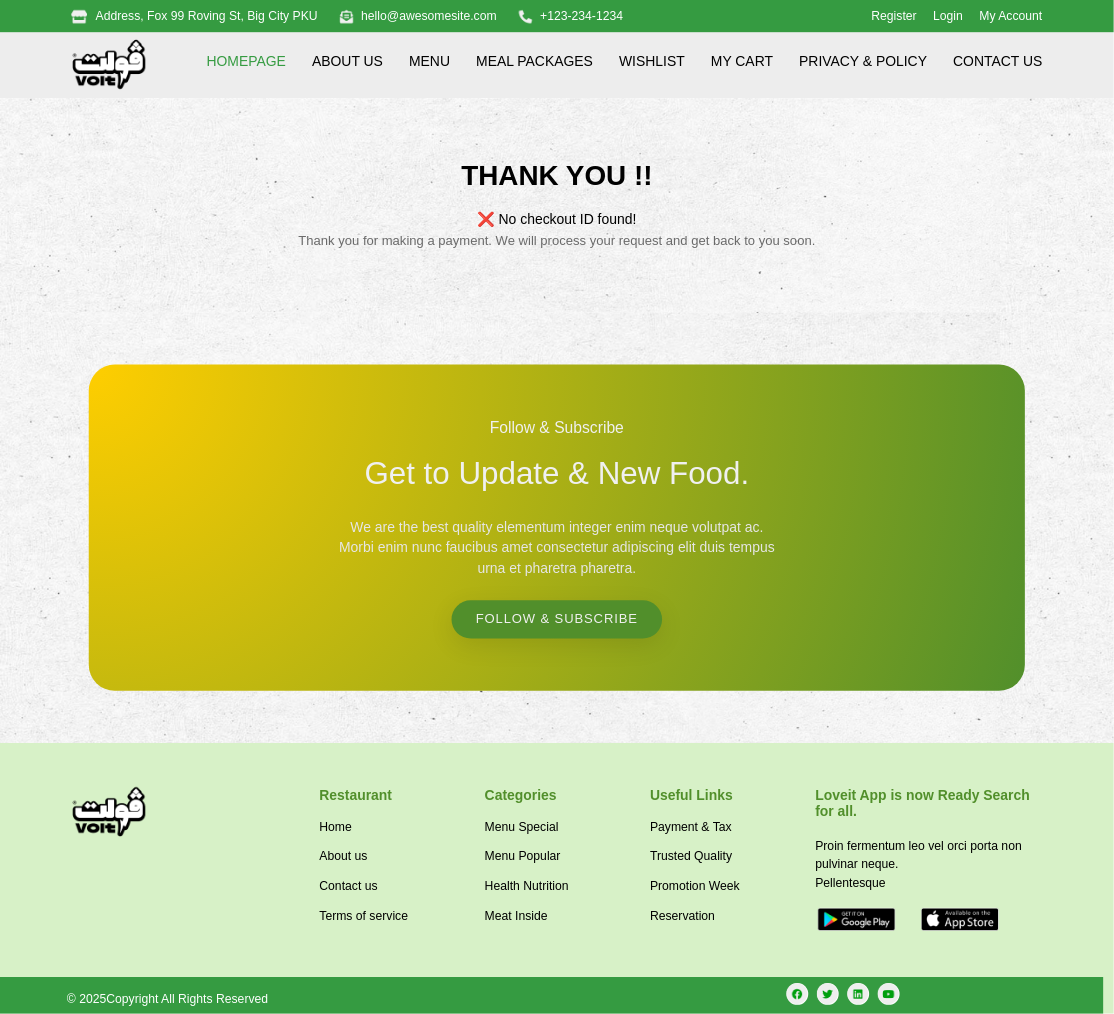
Repository: junivig/volt-new-project
Page: payment-success.html
These files come from the project's save history. The page is drawn as it stood at one moment and after the next save; the edit follows.
The browser window is 1280 px wide. The pictures show the whole page, at 87% of full size.

Above is the page before, as saved 2025-02-27 12:53:12.

### payment-success.html
<!DOCTYPE html>
<html lang="en">

<head>
  <meta charset="utf-8">
  <meta content="width=device-width, initial-scale=1.0" name="viewport">
  <title>Payment - Voltfood</title>
  <meta name="description" content="">
  <meta name="keywords" content="">

  <!-- Favicons -->
  <link href="assets/img/favicon.png" rel="icon">
  <link href="assets/img/apple-touch-icon.png" rel="apple-touch-icon">

  <!-- Fonts -->
  <link href="https://fonts.googleapis.com" rel="preconnect">
  <link href="https://fonts.gstatic.com" rel="preconnect" crossorigin>
  <link href="https://fonts.googleapis.com/css2?family=Roboto:ital,wght@0,100;0,300;0,400;0,500;0,700;0,900;1,100;1,300;1,400;1,500;1,700;1,900&family=Raleway:ital,wght@0,100;0,200;0,300;0,400;0,500;0,600;0,700;0,800;0,900;1,100;1,200;1,300;1,400;1,500;1,600;1,700;1,800;1,900&family=Ubuntu:ital,wght@0,300;0,400;0,500;0,700;1,300;1,400;1,500;1,700&display=swap" rel="stylesheet">

  <!-- Vendor CSS Files -->
  <link href="assets/vendor/bootstrap/css/bootstrap.min.css" rel="stylesheet">
  <link href="assets/vendor/bootstrap-icons/bootstrap-icons.css" rel="stylesheet">
  <link href="assets/vendor/aos/aos.css" rel="stylesheet">
  <link href="assets/vendor/glightbox/css/glightbox.min.css" rel="stylesheet">
  <link href="assets/vendor/swiper/swiper-bundle.min.css" rel="stylesheet">

  <!-- Main CSS File -->
  <link href="assets/css/main.css" rel="stylesheet">
  <script src="assets/js/constant.js"></script>
  <!-- Add Axios CDN -->
  <script src="https://cdn.jsdelivr.net/npm/axios/dist/axios.min.js"></script>

  <!-- =======================================================
  * Template Name: eNno
  * Template URL: https://bootstrapmade.com/enno-free-simple-bootstrap-template/
  * Updated: Aug 07 2024 with Bootstrap v5.3.3
  * Author: BootstrapMade.com
  * License: https://bootstrapmade.com/license/
  ======================================================== -->
</head>

<body class="about-page">

  <header id="header" class="header ">
    <div class="container-fluid  top-header">
      <div class="container-xl">
          <div class="row align-items-center">
              <div class="col-md-8 d-flex align-items-center">
                <nav id="navmenu" class="navmenu">
                  <ul>
                <li class="">
                  <img src="assets/img/location-icon.png" alt="Location Icon" class="icon-right">
                  <span class="top-header-text">Address, Fox 99 Roving St, Big City PKU</span>
              </li>
                <li class="">
                  <img src="assets/img/email-icon.png" alt="Email Icon" class="icon-right">
                  <span class="top-header-text">hello@awesomesite.com</span>
              </li>
              <li class="">
                <img src="assets/img/phone-icon.png" alt="Phone Icon" class="icon-right">
                <span class="top-header-text">+123-234-1234</span>
            </li>
                  </ul>
                </nav>
              </div>
              <div class="col-md-4 text-end">
                  <a href="auth.html" >Register</a>
                  <a href="auth.html">Login</a>
                  <a href="my-account.html">My Account</a>
              </div>
          </div>
        </div>
  </div>
    <div class="container-fluid container-xl position-relative d-flex align-items-center">

      <a href="index.html" class="logo d-flex align-items-center me-auto">

        <img src="assets/img/logo.png" alt="Logo Image">
      </a>

      <nav id="navmenu" class="navmenu">
        <ul>
          <li><a href="index.html" class="active">HOMEPAGE</a></li>
          <li><a href="about.html">ABOUT US</a></li>
          <li><a href="menu.html">MENU</a></li>
          <li><a href="meal-packages.html">MEAL PACKAGES</a></li>
          <li><a href="wishlist.html">WISHLIST</a></li>
          <li><a href="cart.html">MY CART</a></li>
          <li><a href="privacy-and-policy.html">PRIVACY & POLICY</a></li>
          <li><a href="contact.html">CONTACT US</a></li>
          <!-- <li class="dropdown"><a href="#"><span>Dropdown</span> <i class="bi bi-chevron-down toggle-dropdown"></i></a>
            <ul>
              <li><a href="#">Dropdown 1</a></li>
              <li class="dropdown"><a href="#"><span>Deep Dropdown</span> <i class="bi bi-chevron-down toggle-dropdown"></i></a>
                <ul>
                  <li><a href="#">Deep Dropdown 1</a></li>
                  <li><a href="#">Deep Dropdown 2</a></li>
                  <li><a href="#">Deep Dropdown 3</a></li>
                  <li><a href="#">Deep Dropdown 4</a></li>
                  <li><a href="#">Deep Dropdown 5</a></li>
                </ul>
              </li>
              <li><a href="#">Dropdown 2</a></li>
              <li><a href="#">Dropdown 3</a></li>
              <li><a href="#">Dropdown 4</a></li>
            </ul>
          </li> -->
        </ul>
        <i class="mobile-nav-toggle d-xl-none bi bi-list"></i>
      </nav>

      <!-- <a class="btn-getstarted" href="index.html#about">Get Started</a> -->

    </div>
  </header>

  <main class="main">


        <!-- About Section -->
        <section id="services" class="services section light-background bg-image">

          <!-- Section Title -->
          <div class="container section-title" data-aos="fade-up">
            <h2>Thank You !! </h2>
            <p id="payment-status">Checking your payment status...</p>
            <span class="chef-inner-text">Thank you for making a payment. We will process your request and get back to you soon.</span>

          </div><!-- End Section Title -->

        </section><!-- /Services Section -->


  </main>

  <script>
    document.addEventListener("DOMContentLoaded", async () => {
        const apiBaseUrl = "https://api.voltfood.co"; // Your API base URL
        const urlParams = new URLSearchParams(window.location.search);
        const token = localStorage.getItem("accessToken");
        const checkoutId = urlParams.get("id"); // Get checkout ID from URL

        async function getPaymentStatus() {
            if (!checkoutId) {
                console.error("❌ No checkout ID found in URL parameters.");
                document.getElementById("payment-status").innerText = "❌ No checkout ID found!";
                return;
            }

            const resourcePath = `/v1/checkouts/${checkoutId}/payment`;
            const apiUrl = `${apiBaseUrl}/api/get-payment-status?resourcePath=${encodeURIComponent(resourcePath)}`;

            try {
                console.log(`📡 Fetching payment status from: ${apiUrl}`);

                const response = await fetch(apiUrl, {
                method: "GET",
                headers: {
                    "Authorization": `Bearer ${token}`,
                    "Content-Type": "application/json"
                }
            });
                const data = await response.json();

                // 📢 Log the full API response
                console.log("📢 Full API Response:", data);

                // 🔹 Log key response details
                console.log("🔹 Status Code:", data.status);
                console.log("🔹 Message:", data.message);
                console.log("🔹 Result Code:", data.data?.result?.code);
                console.log("🔹 Description:", data.data?.result?.description);
                console.log("🔹 Timestamp:", data.data?.timestamp);
                console.log("🔹 NDC:", data.data?.ndc);

                // ✅ Handle payment status display
                const paymentStatusElement = document.getElementById("payment-status");

                if (data.data?.result?.code === "000.100.110" || data.data?.result?.code === "000.200.000") {
                    paymentStatusElement.innerText = `✅ Payment Successful: ${data.data?.result?.description}`;
                } else {
                    paymentStatusElement.innerText = `⚠ Payment Failed: ${data.data?.result?.description}`;
                }
            } catch (error) {
                console.error("🔥 Error fetching payment status:", error);
                document.getElementById("payment-status").innerText = "❌ An error occurred while fetching payment status.";
            }
        }

        // 🔹 Call the function immediately when the page loads
        await getPaymentStatus();
    });
</script>



 <!-- /Subscribe Footer Section -->
  <!-- Footer will be loaded here -->
  <div id="footer-placeholder"></div>

  <script>
    // Load footer.html into the placeholder div
    fetch("footer.html")
        .then(response => response.text())
        .then(data => {
            document.getElementById("footer-placeholder").innerHTML = data;
        })
        .catch(error => console.error("Error loading footer:", error));
</script>

  <!-- Scroll Top -->
  <a href="#" id="scroll-top" class="scroll-top d-flex align-items-center justify-content-center"><i class="bi bi-arrow-up-short"></i></a>

  <!-- Preloader -->
  <div id="preloader"></div>

  <!-- Vendor JS Files -->
  <script src="assets/vendor/bootstrap/js/bootstrap.bundle.min.js"></script>
  <script src="assets/vendor/php-email-form/validate.js"></script>
  <script src="assets/vendor/aos/aos.js"></script>
  <script src="assets/vendor/glightbox/js/glightbox.min.js"></script>
  <script src="assets/vendor/purecounter/purecounter_vanilla.js"></script>
  <script src="assets/vendor/imagesloaded/imagesloaded.pkgd.min.js"></script>
  <script src="assets/vendor/isotope-layout/isotope.pkgd.min.js"></script>
  <script src="assets/vendor/swiper/swiper-bundle.min.js"></script>
  <script>
    fetch("footer.html")
      .then(response => response.text())
      .then(data => document.getElementById("footer-placeholder").innerHTML = data)
      .catch(error => console.error("Error loading the footer:", error));
  </script>

  <!-- Main JS File -->
  <script src="assets/js/main.js"></script>

</body>

</html>

### footer.html

<!-- Subscribe Footer Section -->
<section class="bg-image">
    <div class="footer-newsletter">
      <div class="container">
        <div class="row justify-content-center text-center">
          <div class="col-lg-6">
            <p class="footer-newsletter-sub-heading">Follow & Subscribe</p>
            <h4 class="footer-newsletter-heading">Get to Update & New Food.</h4>
            <p class="footer-newsletter-text">We are the best quality elementum integer enim neque volutpat ac. Morbi enim nunc
              faucibus amet consectetur adipiscing elit duis tempus urna et pharetra pharetra.</p>
            <div class="mt-4">
              <a href="#about" class="subscribe-button">FOLLOW & SUBSCRIBE</a>
            </div>
          </div>
        </div>
      </div>
    </div>
  </section>


  <footer id="footer" class="footer">
    <div class="container footer-top">
      <div class="row gy-4">
        <div class="col-lg-3 col-md-6 footer-about">
          <a href="index.html" class="logo d-flex align-items-center me-auto">
            <img src="assets/img/logo.png" alt="Logo Image">
          </a>

        </div>

        <div class="col-lg-2 col-md-3 footer-links">
          <h4 class="footer-pages-heading">Restaurant</h4>
          <ul>
            <li> <a href="#">Home</a></li>
            <li> <a href="about.html">About us</a></li>
            <li> <a href="contact.html">Contact us</a></li>
            <li> <a href="privacy-and-policy.html">Terms of service</a></li>
          </ul>
        </div>

        <div class="col-lg-2 col-md-3 footer-links">
          <h4 class="footer-pages-heading">Categories</h4>
          <ul>
            <li> <a href="#">Menu Special</a></li>
            <li> <a href="#">Menu Popular</a></li>
            <li> <a href="#">Health Nutrition</a></li>
            <li> <a href="#">Meat Inside</a></li>
          </ul>
        </div>
        <div class="col-lg-2 col-md-3 footer-links">
          <h4 class="footer-pages-heading">Useful Links</h4>
          <ul>
            <li> <a href="#">Payment & Tax</a></li>
            <li> <a href="#">Trusted Quality</a></li>
            <li> <a href="#">Promotion Week</a></li>
            <li> <a href="#">Reservation</a></li>
          </ul>
        </div>

        <div class="col-lg-3 col-md-12">
          <h4 class="footer-pages-heading">Loveit App is now Ready Search for all.</h4>
          <p>Proin fermentum leo vel orci porta non pulvinar neque. <br> Pellentesque</p>
          <div class="row">
            <div class="col-lg-5 col-md-6 col-sm-12">
              <img src="assets/img/android.png" alt="Google Play Image" class="mobile-app-image">
           </div>
           <div class="col-lg-5 col-md-6 col-sm-12">
            <img src="assets/img/apple.png" alt="Apple Store Image" class="mobile-app-image">
         </div>
        </div>

      </div>
    </div>
    </div>
    <div class="row copyright mt-4">
      <div class="row">
      <div class="col-lg-6 col-md-12 col-sm-12">
        <p class="mt-2">© 2025<span>Copyright All Rights Reserved</span></p>
      </div>
      <div class="col-lg-3 col-md-12 col-md-12">
      </div>
      <div class="col-lg-3 col-md-12 col-md-12 social-media-icons">
        <div class="social-links d-flex text-end">
          <a href=""><img src="assets/img/facebook.png" alt="Logo Image"></a>
          <a href=""><img src="assets/img/twitter.png" alt="Logo Image"></a>
          <a href=""><img src="assets/img/linkedin.png" alt="Logo Image"></i></a>
          <a href=""><img src="assets/img/youtube.png" alt="Logo Image"></i></a>
        </div>
      </div>
      </div>
    </div>
  </footer>

Loaded but not shown: assets/vendor/bootstrap/css/bootstrap.min.css (library); assets/vendor/bootstrap-icons/bootstrap-icons.css (library); assets/vendor/aos/aos.css (library); assets/vendor/glightbox/css/glightbox.min.css (library); assets/vendor/swiper/swiper-bundle.min.css (library); assets/vendor/bootstrap/js/bootstrap.bundle.min.js (library); assets/vendor/php-email-form/validate.js (common file); assets/vendor/aos/aos.js (library); assets/vendor/glightbox/js/glightbox.min.js (library); assets/vendor/purecounter/purecounter_vanilla.js (library); assets/vendor/imagesloaded/imagesloaded.pkgd.min.js (library); assets/vendor/isotope-layout/isotope.pkgd.min.js (library); assets/vendor/swiper/swiper-bundle.min.js (library); assets/js/main.js (209 lines, source omitted); assets/js/constant.js (3 lines, source omitted); assets/css/main.css (2886 lines, source omitted)

After the next save:
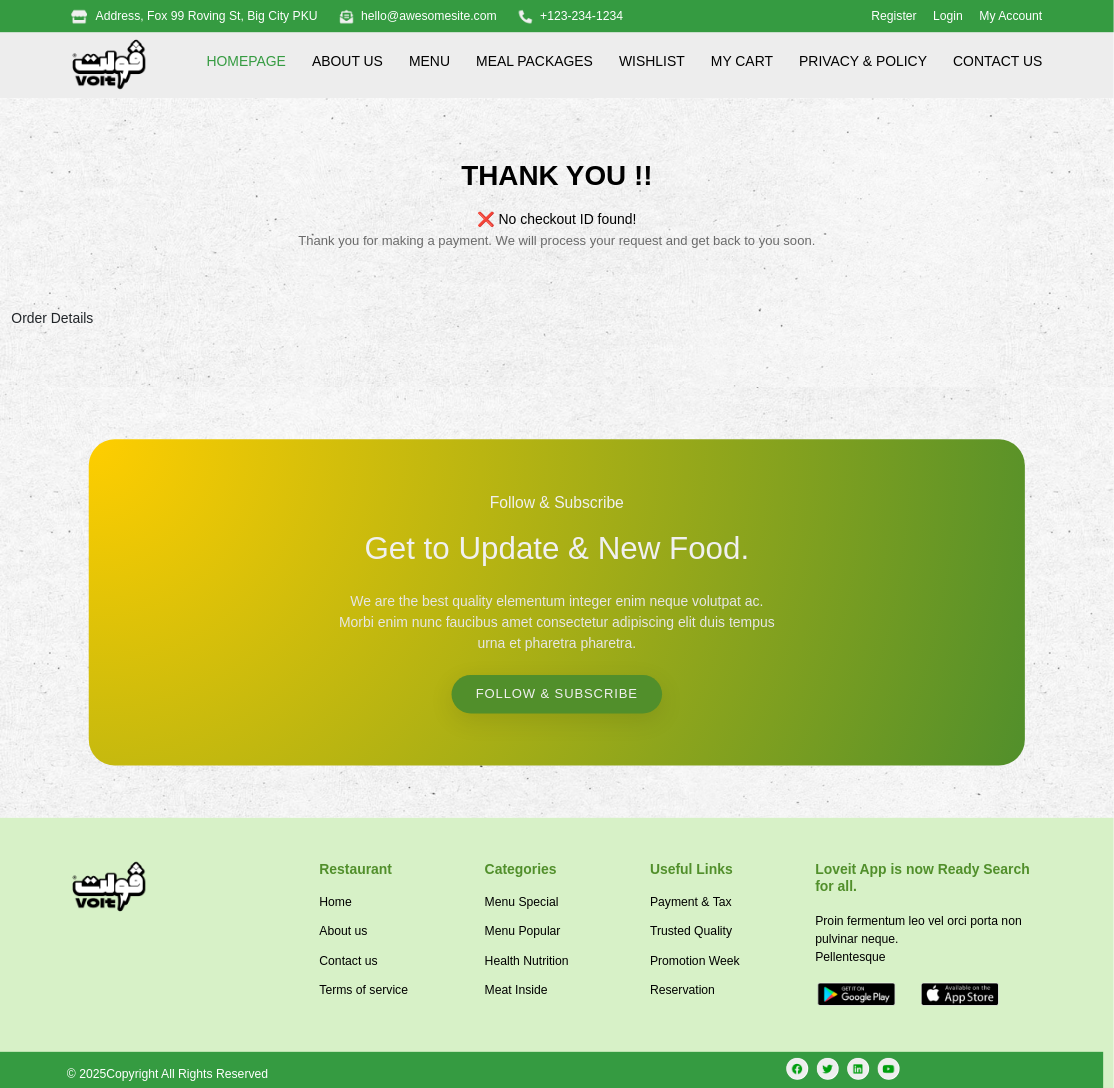
Saved 2 min 53 s later.
--- a/payment-success.html
+++ b/payment-success.html
@@ -128,6 +128,11 @@
 
           </div><!-- End Section Title -->
 
+          <div class="mt-5">
+            <a href="order-detail.html"><button type="button" class="btn btn-add-new center"> Order Details</button></a>
+
+          </div>
+
         </section><!-- /Services Section -->
 
 
